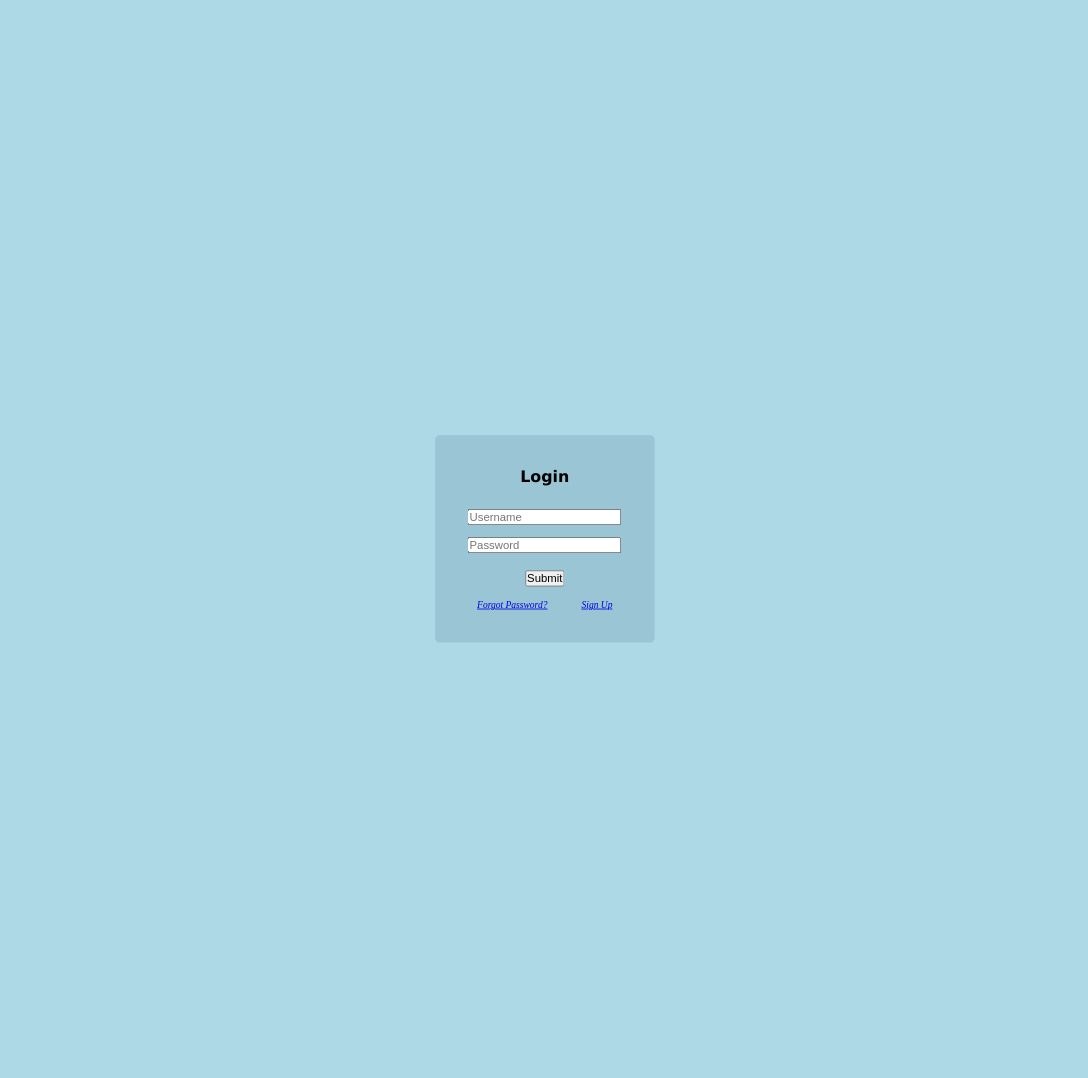
Repository: busra-kayaa/LoginPage
Page: login.html
An editor plug-in stored every save of this project. The page is shown before and after the next save, followed by the edit.
The browser window is 1280 px wide. The pictures show the whole page, at 85% of full size.

Above is the page before, as saved 2023-12-29 13:30:59.

### login.html
<!DOCTYPE html>
<html>
    <head>
        <title>Login Page</title>
        <link rel="stylesheet" href="./style.css" type="text/css"/>
    </head>
    <body>
        <div class="login-from-container">
          <div class ="login-text"><h3>Login</h3></div>
            <div class="input-group1">
                <i class="fa fa-user"></i>
                <input
                    type="text"
                    placeholder="Username"
                    class="input-text"
                    autocomplete="off"
                />
            </div>
            <div class="input-group2">
                <i class="fa fa-unclok-alt"></i>
                <input
                    type="password"
                    placeholder="Password"
                    class="input-text"
                    autocomplete="off"
                />
            </div>
            <div class="subgroup">
                <div class="button-group" id="login-button">
                    <button onclick="alert('Bilgileriniz Başarıyla Alınmıştır.')">Submit</button>
                </div>
                <div class="footer">
                    <a href="#" target="_blank">Forgot Password? </a>
                    <a href="#" target="_blank">Sign Up</a>
                </div>
            </div>
        </div>
    </body>
</html>

### style.css

*{
    padding: 0px;
    margin: 0px;
}

body {
    background-color: lightblue;
    display: flex;
    flex-direction: row;
    align-items: center;
    font-size: 100%;

}

.login-from-container {
    background-color: rgb(153, 197, 212);

    flex-direction: column;
    justify-content: center;
    align-items: center;
    text-align: center;
    border-radius: 2%;
    display: flex;
    margin: 40%;
    padding: 3%;
}

.login-text {
    font-family: 'Lucida Sans', 'Lucida Sans Regular', 'Lucida Grande', 'Lucida Sans Unicode', Geneva, Verdana, sans-serif;
    font-size: 100%;
    padding-bottom: 10%;
}

.input-group1 {
    margin-top: 5%;
    margin-bottom: 3%;
}

.input-group2 {
    margin-bottom: 3%;
    margin-top: 5%;
}

.button-group {
    color: black ;
    border: none;
    color: white;
    text-align: center;
    text-decoration: none;
    display: inline-block;
    font-size: 16px;
    margin: 15px 2px;
    cursor: pointer;
}

.footer {
    display: flex;
    flex-direction: raw;
    gap: 40px;
    font-size: 70%;
    font-style: italic;
}

After the next save:
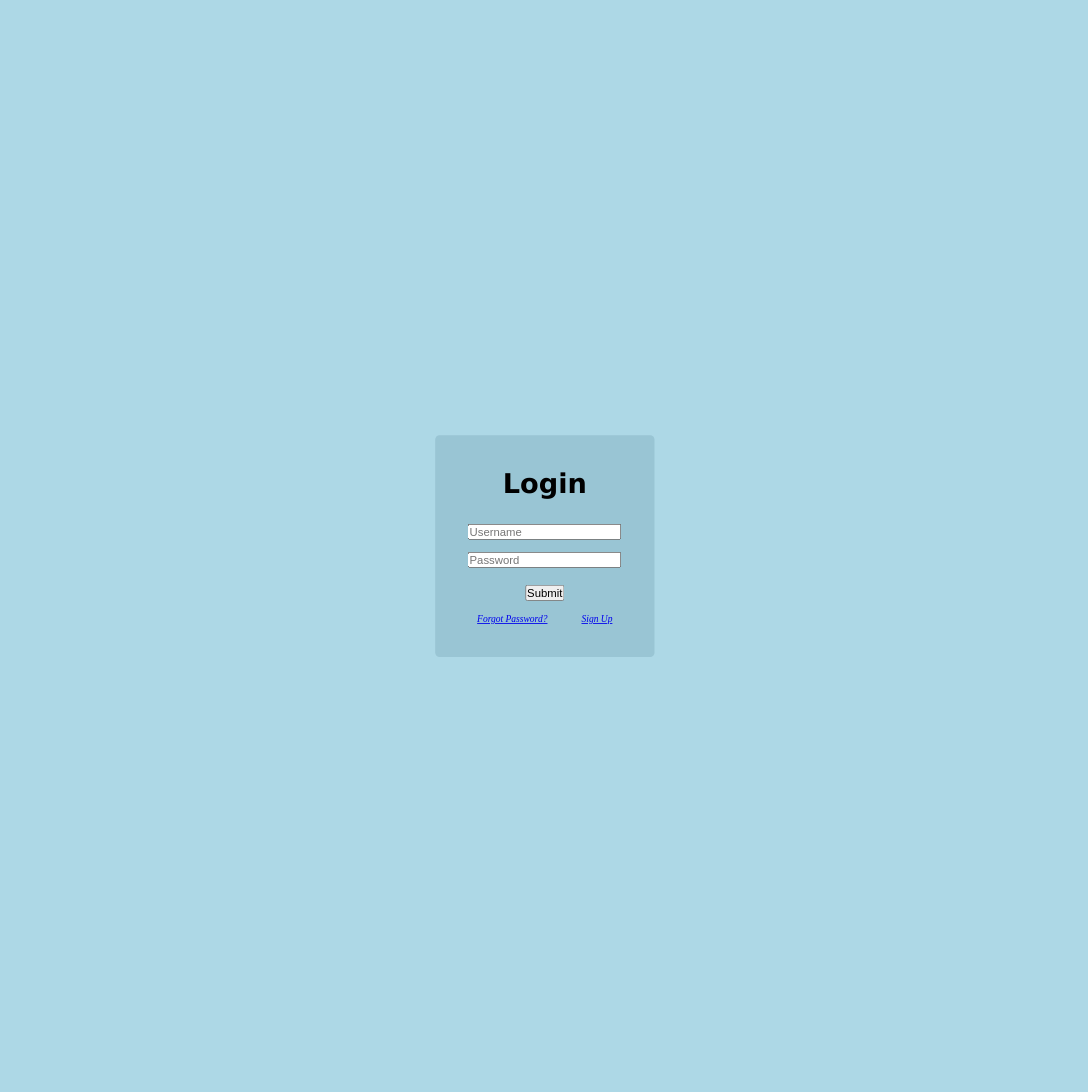
Saved 9 s later.
--- a/login.html
+++ b/login.html
@@ -6,7 +6,7 @@
     </head>
     <body>
         <div class="login-from-container">
-          <div class ="login-text"><h3>Login</h3></div>
+          <div class ="login-text"><h1>Login</h1></div>
             <div class="input-group1">
                 <i class="fa fa-user"></i>
                 <input
